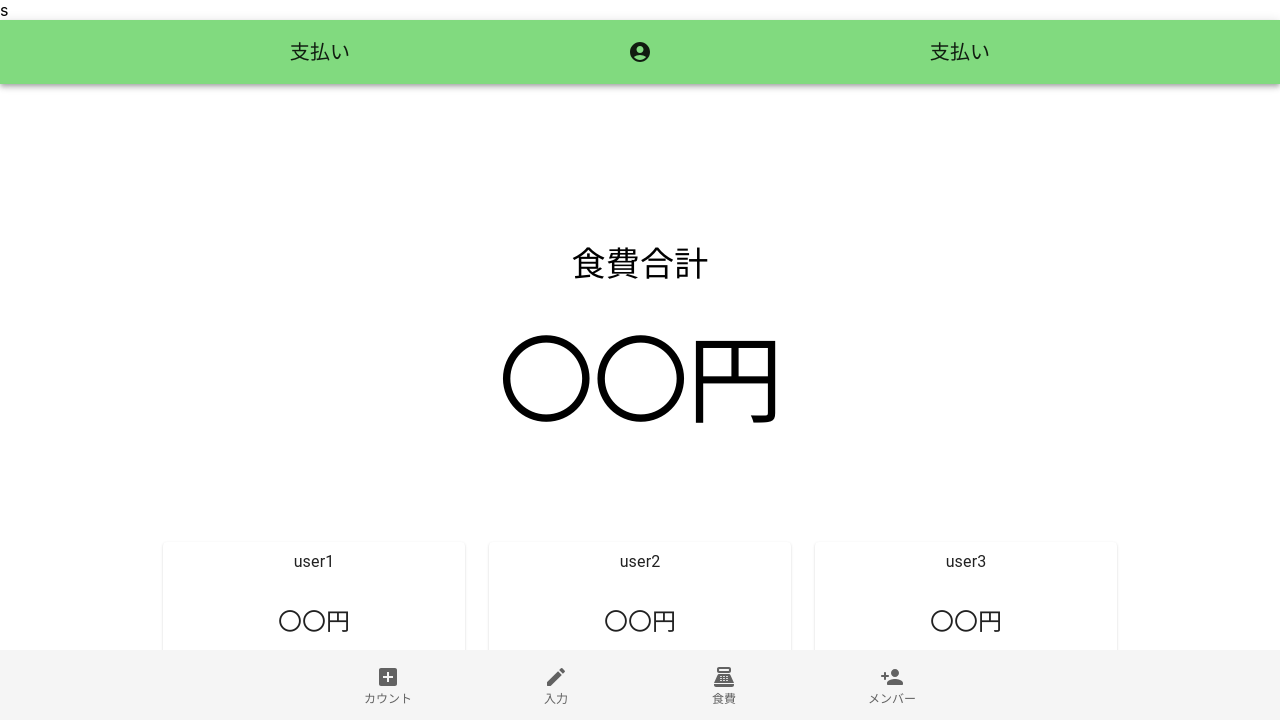
Repository: motohiro0410/motsufood
Page: /users/100/money (app in frontend/)
These files come from the project's save history. The page is drawn as it stood at one moment and after a run of saves; the edit follows.
The browser window is 1280 px wide. The pictures show the whole page.
The project was rebuilt for these pictures with package versions that can differ from the ones it lists, and the page was loaded fresh each time. Also part of the build but not shown: frontend/src/App.css, frontend/src/components/pages/Login.tsx, frontend/src/components/pages/Count.tsx, frontend/src/components/organisms/GroupHeader.tsx, frontend/src/components/pages/Users.tsx, frontend/src/components/organisms/SignInHeader.tsx, frontend/src/components/pages/SignIn.tsx, frontend/src/components/pages/Page404.tsx and 1 more.

Above is the page before, as saved 2022-08-13 14:41:25.

After the next 2 saves:
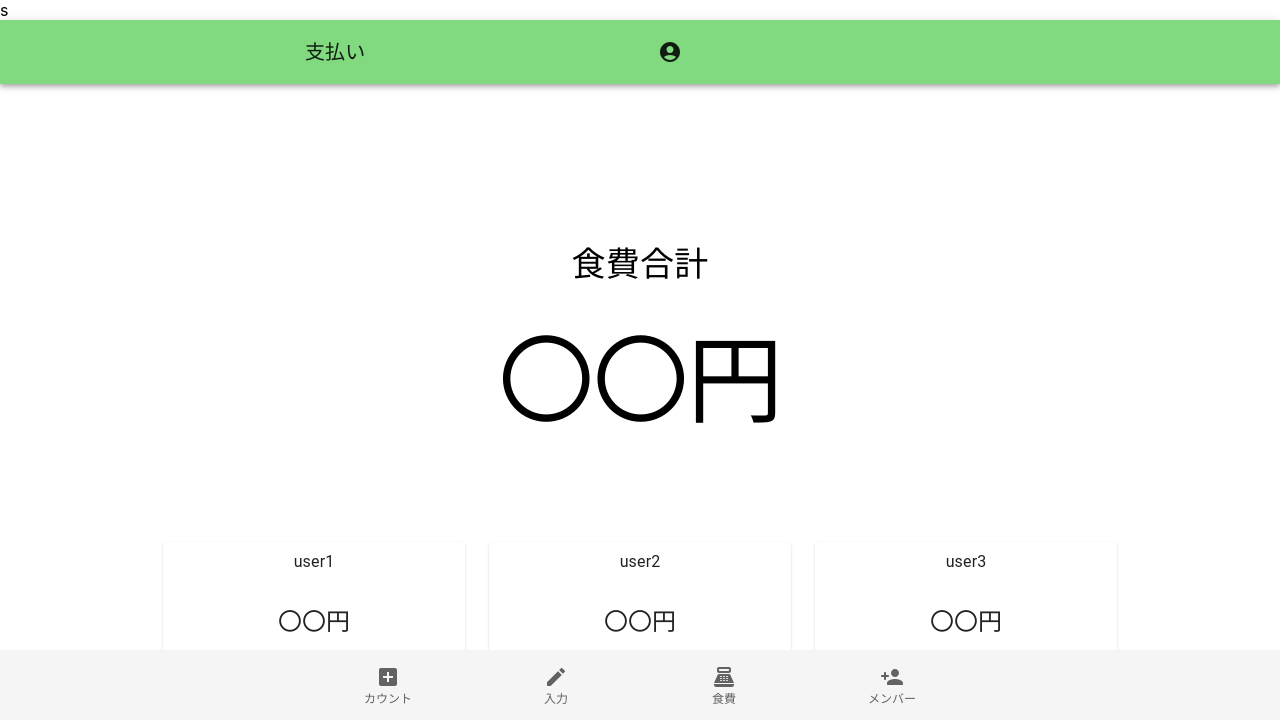
The 2 saves are shown as one change because 1 did not build or start.
The last was saved 30 min 50 s later.
--- a/frontend/src/components/organisms/MainHeader.tsx
+++ b/frontend/src/components/organisms/MainHeader.tsx
@@ -38,7 +38,6 @@ export const MainHeader: FC<Context> = (props) => {
               <AccountCircle  />
             </IconButton>
             <Typography textAlign="center" variant="h6" component="div" sx={{ flexGrow: 1}}>
-            {title}
           </Typography>
         </Toolbar>
       </AppBar>
